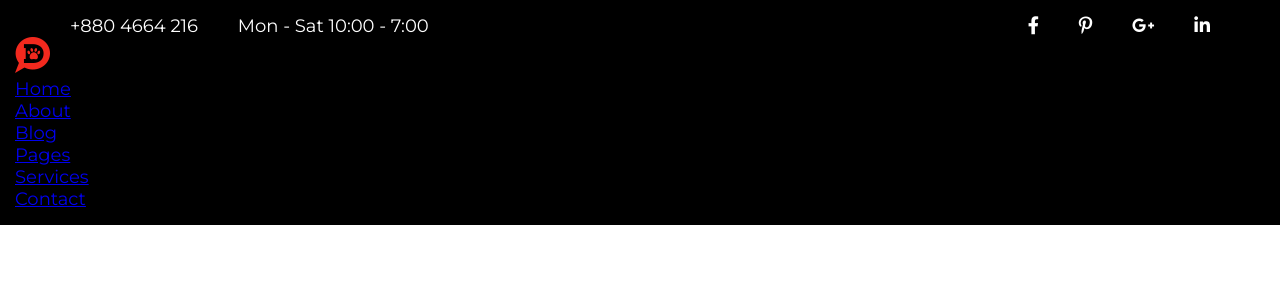
Repository: giahuy405/Day_2_Anipat
Page: index.html
The author's editor kept a copy of each file at every save. The page is drawn from the files as they stood at one save, then again after the next save.
The browser window is 1280 px wide. The pictures show the whole page.

Above is the page before, as saved 2022-09-08 23:02:08.

### index.html
<!DOCTYPE html>
<html lang="en">
<head>
    <meta charset="UTF-8">
    <meta http-equiv="X-UA-Compatible" content="IE=edge">
    <meta name="viewport" content="width=device-width, initial-scale=1.0">
    <title>Anipat</title>
    <link rel="stylesheet" href="https://cdnjs.cloudflare.com/ajax/libs/font-awesome/6.2.0/css/all.min.css">
    <link href="https://fonts.googleapis.com/css2?family=Montserrat:wght@300;400;500;700&display=swap" rel="stylesheet">
    <link rel="stylesheet" href="./css/index.css">
</head>
<body>
    <header>
        <div class="header-top">
            <div class="container">
                <div class="header__contact">
                    <a href="#">+880 4664 216 </a>
                    <span>Mon - Sat 10:00 - 7:00</span>
                </div>
                <div class="header__social">
                    <ul>
                        <li><a href="#"><i class="fa-brands fa-facebook-f"></i></a></li>
                        <li><a href="#"><i class="fa-brands fa-pinterest-p"></i></a></li>
                        <li><a href="#"><i class="fa-brands fa-google-plus-g"></i></a></li>
                        <li><a href="#"><i class="fa-brands fa-linkedin-in"></i></a></li>
                    </ul>
                </div>
                <div class="clear"></div>
            </div>
            <div class="header-bottom">
                <img src="./img/logo.png" alt="Logo">
                <ul>
                    <li><a href="#">Home</a></li>
                    <li><a href="#">About</a></li>
                    <li><a href="#">Blog</a></li>
                    <li><a href="#">Pages</a></li>
                    <li><a href="#">Services</a></li>
                    <li><a href="#">Contact</a></li>
                </ul>
            </div>
            </div>
    </header>
</body>
</html>

### css/index.css
*{
    padding: 0;
    margin: 0;
    box-sizing: border-box;
}
.clear{
    clear: both;
}
html{
    font-size: 18px;
    font-family: 'Montserrat', sans-serif;
}
.container{
    width: 1140px;
    margin: 0 auto;
}
.header__contact{
    float: left;
}
.header__social{
    float: right;
}
.header-top{
    background-color: black;
    padding: 15px;
}
.header__contact a{
     color: white;
     text-decoration: none;
     transition: all 0.2s;
}
.header__contact a:hover{
    color: red;
}
.header__contact span{
    color: white;
    margin-left: 35px;
}
.header__social ul{
    list-style: none;
}
.header__social li{
    display: inline;
    margin-left: 35px;
}
.header__social i{
    color: white;
    transition: all 0.2s;
}
.header__social i:hover{
    color: red;
}

After the next save:
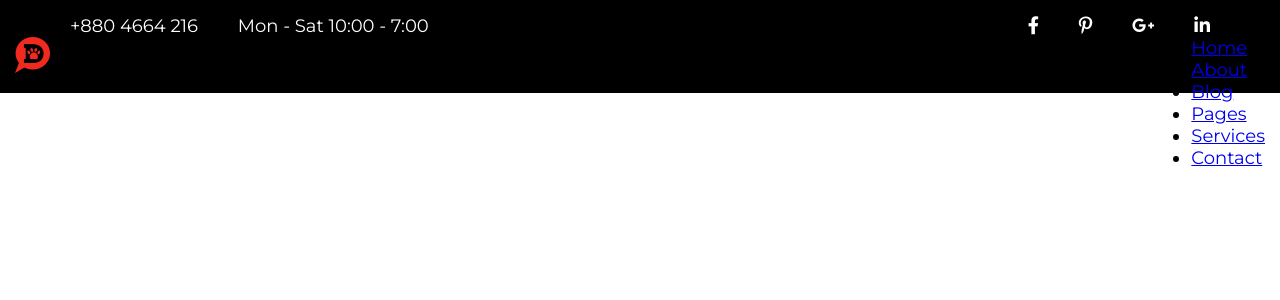
Saved 28 s later.
--- a/css/index.css
+++ b/css/index.css
@@ -50,3 +50,6 @@ html{
 .header__social i:hover{
     color: red;
 }
+.header-bottom ul{
+    float: right;
+}
